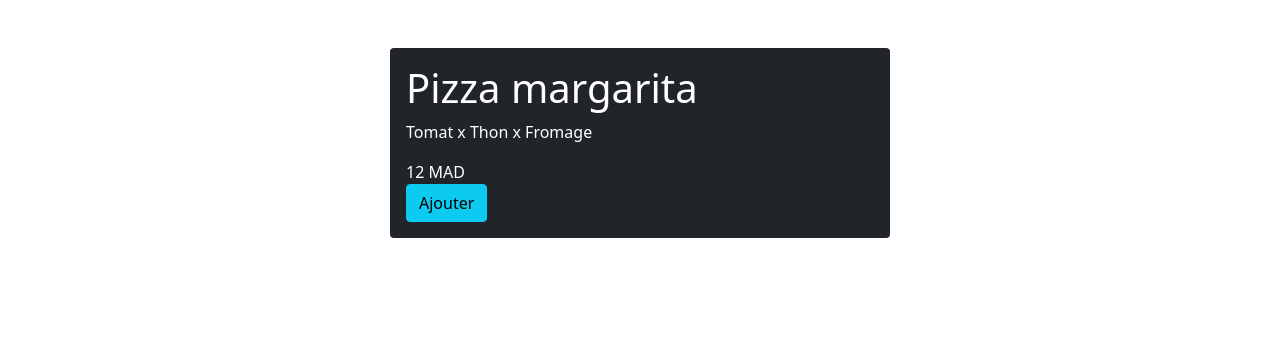
Repository: FS-23/my-restaurant
Page: /
These files come from the project's save history. The page is drawn as it stood at one moment and after the next save; the edit follows.
The browser window is 1280 px wide. The pictures show the whole page.
The project was rebuilt for these pictures with package versions that can differ from the ones it lists, and the page was loaded fresh each time.

Above is the page before, as saved 2022-04-29 13:42:33.

After the next save:
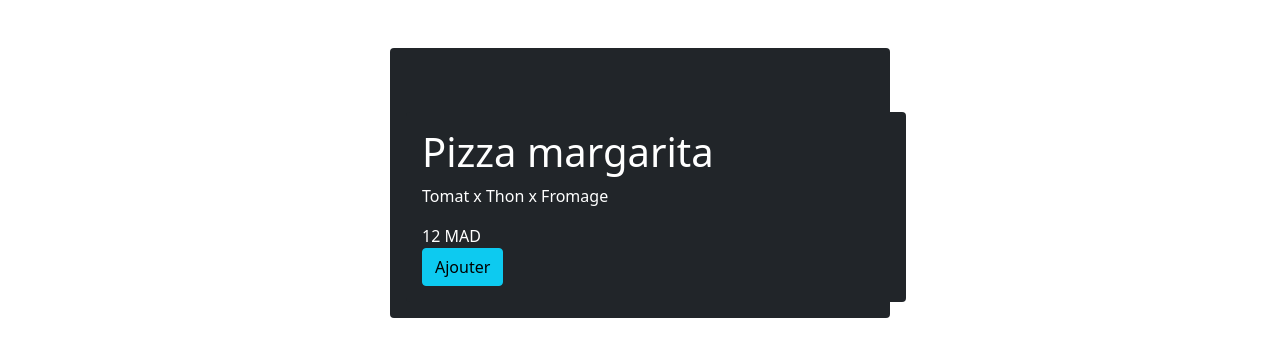
Saved 52 s later.
--- a/src/components/Plat.js
+++ b/src/components/Plat.js
@@ -1,14 +1,16 @@
 
 function Plat (props){
     return(
-       <>
-           <h1>{props.name} </h1>
+        <div className="bg-dark mt-5 p-3 rounded" style={{width:'500px' , margin: "auto"}}>
+            <h1>{props.name} </h1>
            <p> {props.ingredient}</p>
            <div>
                {props.price} MAD
            </div>
            <button className="btn btn-info">Ajouter</button>
-       </>
+       </div>
+
+
     )
 }
 
